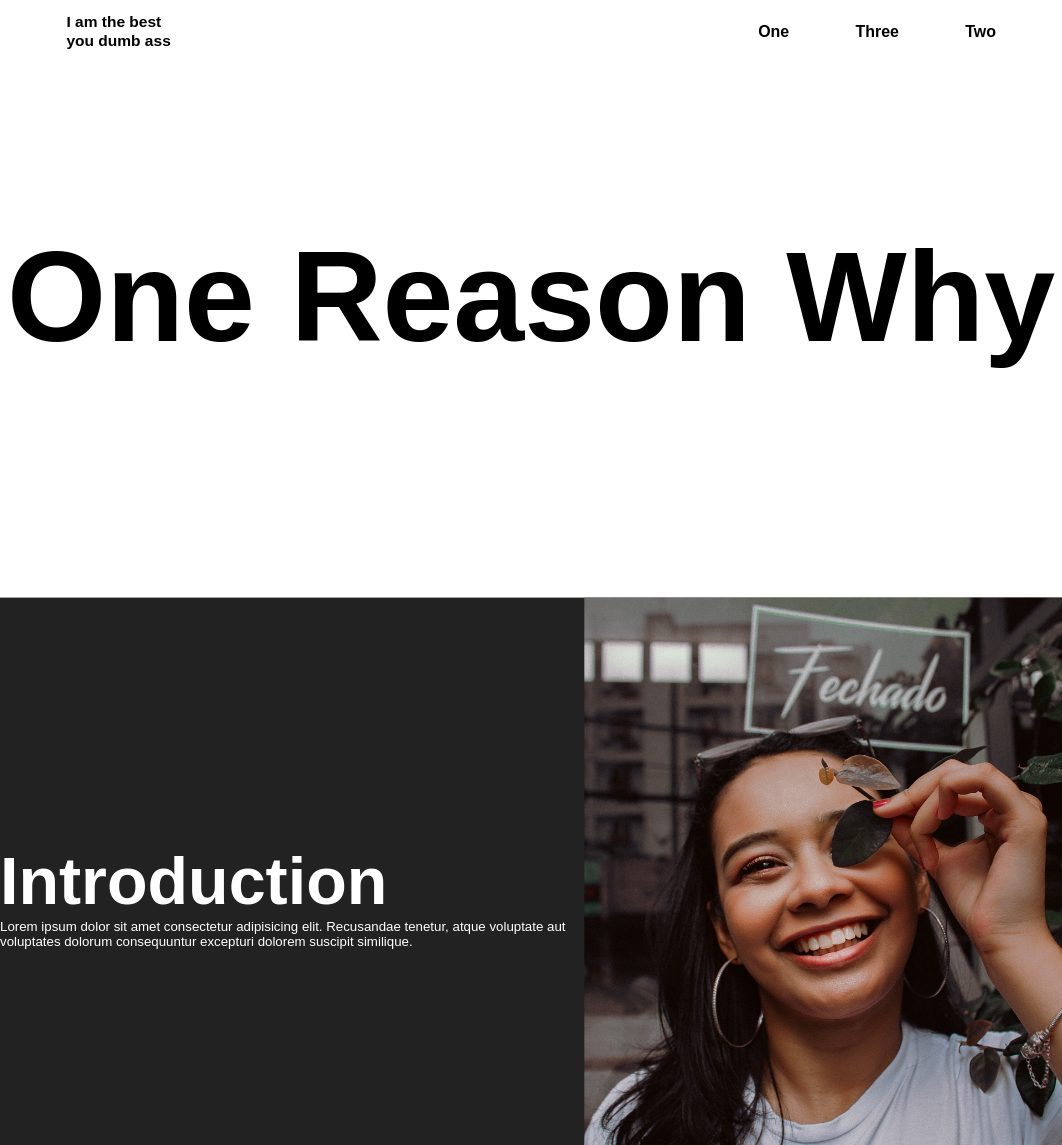
Repository: Imprasna/scrollmagic
Page: index.html
These files come from the project's save history. The page is drawn as it stood at one moment and after the next save; the edit follows.
The browser window is 1280 px wide. The pictures show the part of the page from y = 0 to 1380 px (the page is 2354 px tall before and 2200 px after), at 83% of full size.
A picture or video elsewhere on the page could not be fetched, so the positions and the page height are approximate. Some web fonts or font styles are not loaded; a fallback is used. Some web libraries are served in a nearby version.

Above is the page before, as saved 2021-10-26 01:07:49.

After the next save:
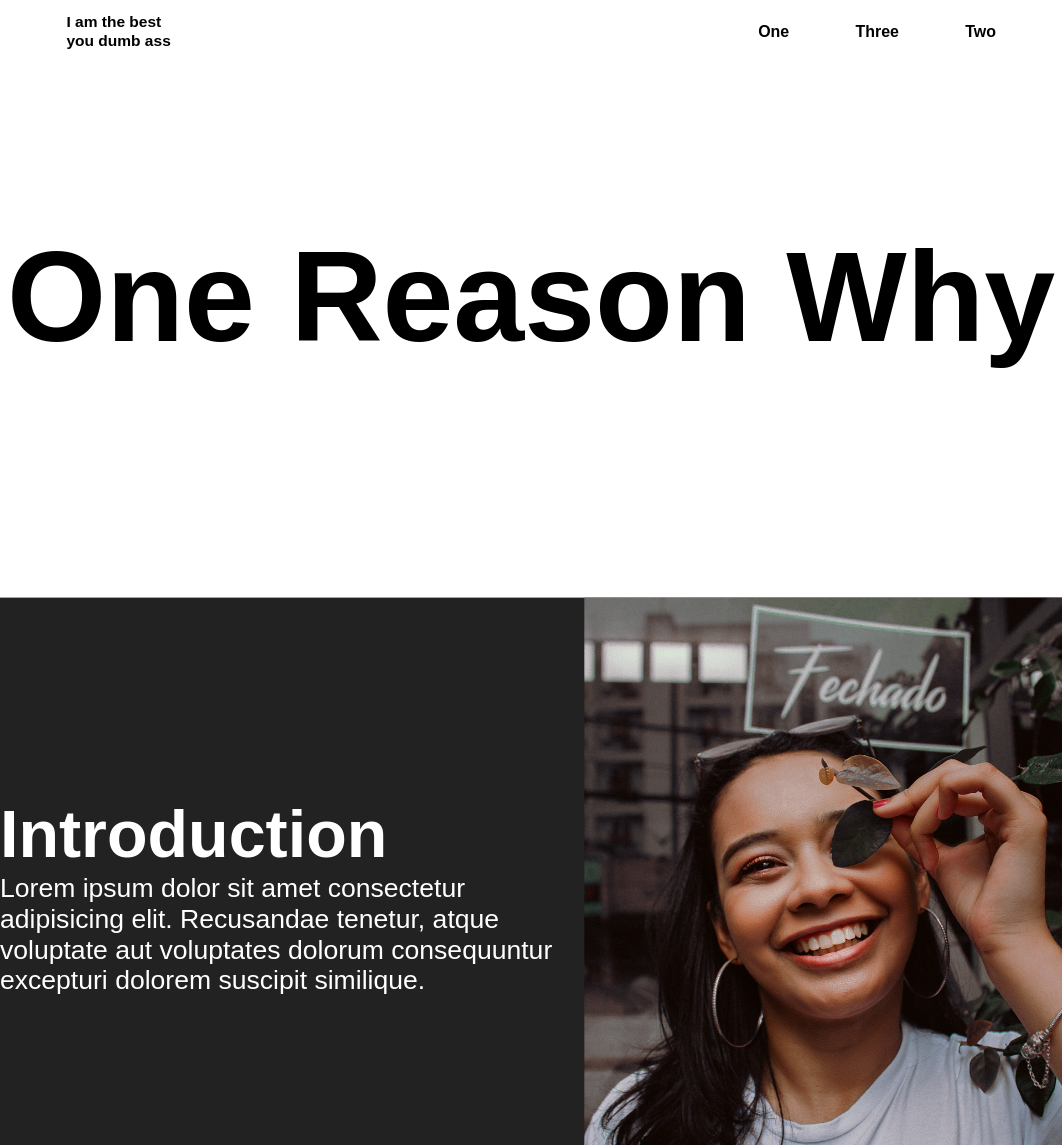
Saved 6 s later.
--- a/style.css
+++ b/style.css
@@ -63,7 +63,9 @@ a {
     width: 600px;
 }
 
-.
+.first-page p {
+    font-size: 2rem;
+}
 
 
 .second-page {
